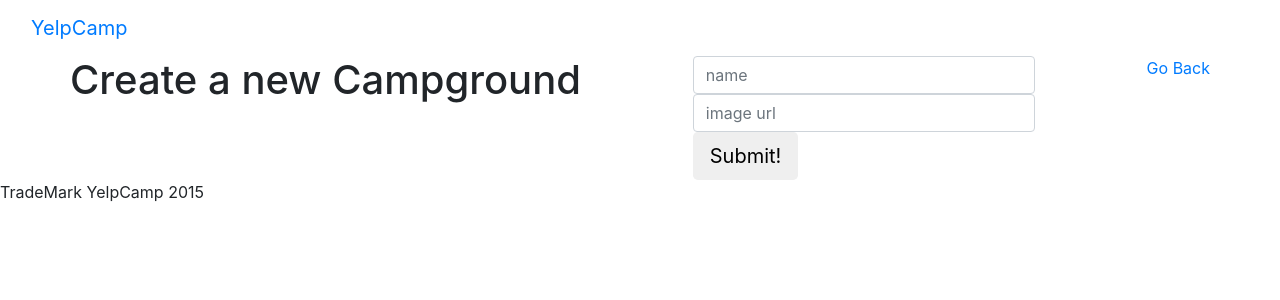
Repository: yshang0/WebDeveloperBootcamp
Page: http://localhost/campgrounds/new
The author's editor kept a record of every edit. The page is drawn from the files as they stood at one moment, then again after the next edit.
The browser window is 1280 px wide. The pictures show the whole page.
The page is served by the project's Node server (YelpCamp/v1/app.js).

Above is the page before.

After the next edit:
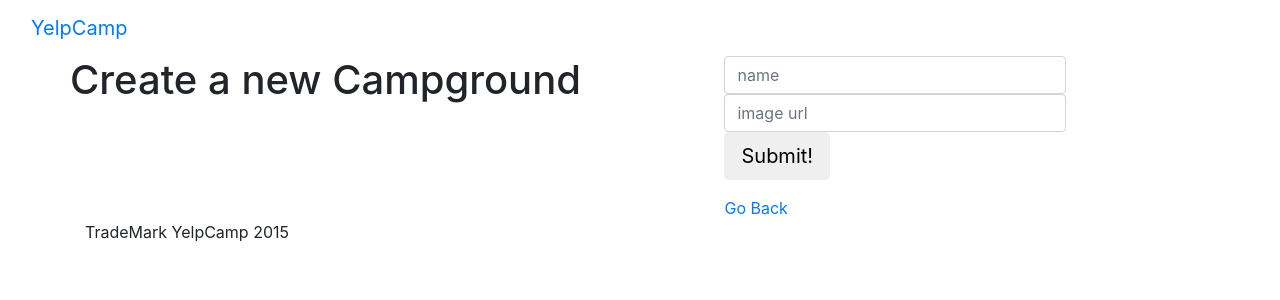
The edit:
--- a/PhotoShow/YelpCamp/v1/views/new.ejs
+++ b/PhotoShow/YelpCamp/v1/views/new.ejs
@@ -5,6 +5,7 @@
         <div style="width: 30%; margin: 0 auto;">
 
         <form action="/campgrounds" method="POST">
+            <div class="form-group">
             <input class="form-control" type="text" name="name" placeholder="name">
             <input class="form-control" type="text" name="image" placeholder="image url">
             <button class="btn btn-lg btn-default">Submit!</button>
